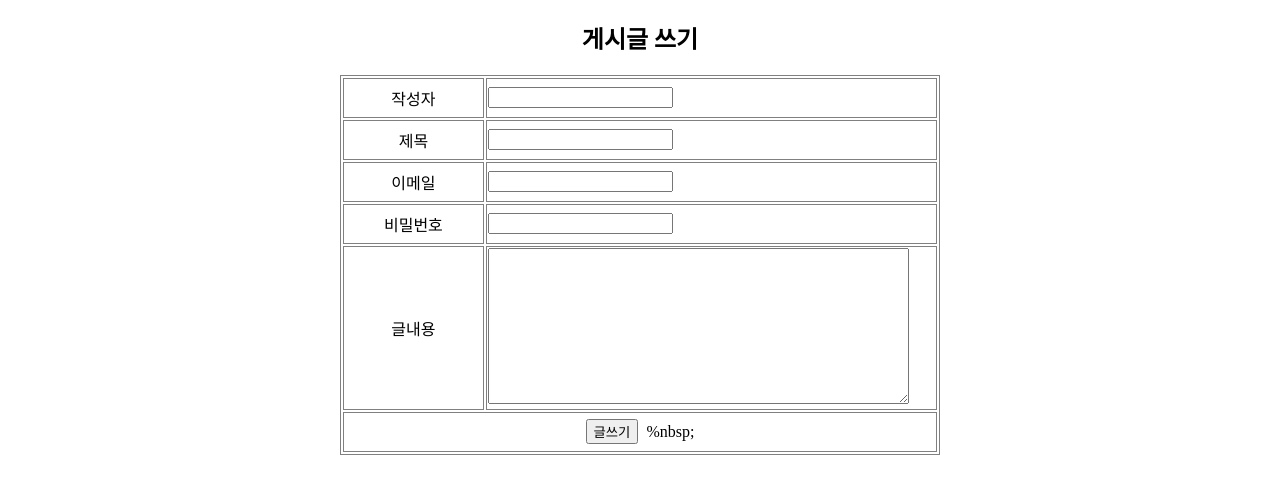
Repository: kdw1437/CreateBoardProject
Page: http://localhost/Board/BoardWriteForm.jsp
These files come from the project's save history. The page is drawn as it stood at one moment and after the next save; the edit follows.
The browser window is 1280 px wide. The pictures show the whole page.
The page is served by Tomcat 9. Other server files are loaded and not shown.

Above is the page before, as saved 2024-08-07 05:44:14.

### Board/src/main/webapp/BoardWriteForm.jsp
<%@ page language="java" contentType="text/html; charset=EUC-KR"
    pageEncoding="EUC-KR"%>
<!DOCTYPE html>
<html>
<body>

<center>
<h2> 게시글 쓰기 </h2>

<form action="BoardWriteProc.jsp" method="post">
<table width="600" border="1" bordercolor="gray">
	<tr height="40">
		<td align="center" width="150"> 작성자 </td>
		<td width="450"> <input type="text" name="writer"></td>
	</tr>
	<tr height="40">
		<td align="center" width="150"> 제목 </td>
		<td width="450"> <input type="text" name="subject"></td>
	</tr>
	<tr height="40">
		<td align="center" width="150"> 이메일 </td>
		<td width="450"> <input type="email" name="email"></td>
	</tr>
	<tr height="40">
		<td align="center" width="150"> 비밀번호 </td>
		<td width="450"> <input type="password" name="password"></td>
	</tr>
	<tr height="40">
		<td align="center" width="150"> 글내용 </td>
		<td width="450"> <textarea rows="10" cols="50" name="content"></textarea></td>
	</tr>
	<tr height="40">
		<td align="center" colspan="2">
			<input type="submit" value="글쓰기"> &nbsp;%nbsp;
		</td>
	</tr>
</table>
</form>
</center>

</body>
</html>

After the next save:
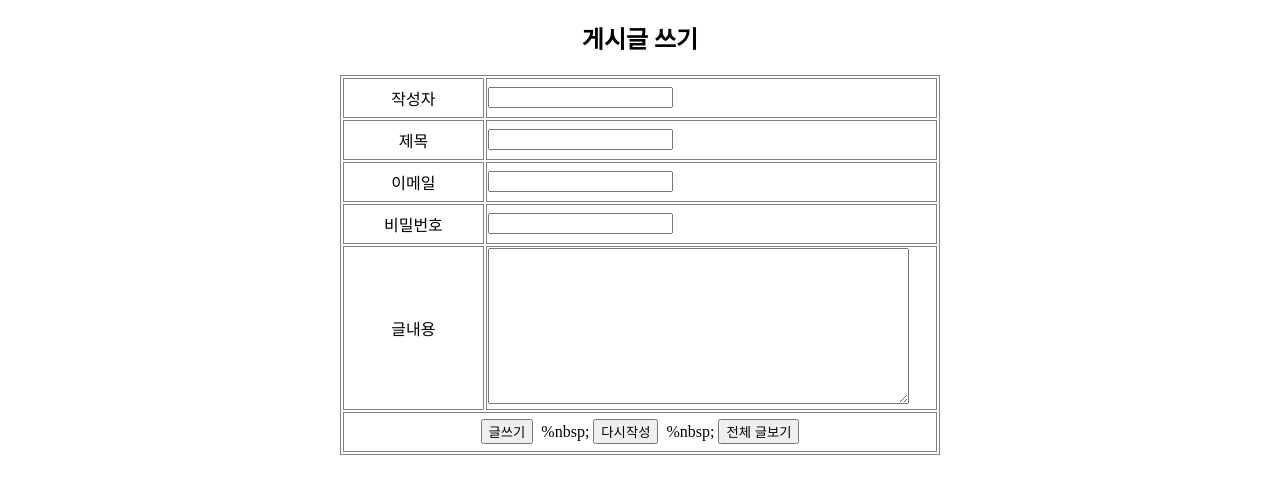
Saved 9 min 50 s later.
--- a/Board/src/main/webapp/BoardWriteForm.jsp
+++ b/Board/src/main/webapp/BoardWriteForm.jsp
@@ -32,6 +32,8 @@
 	<tr height="40">
 		<td align="center" colspan="2">
 			<input type="submit" value="글쓰기"> &nbsp;%nbsp;
+			<input type="reset" value="다시작성"> &nbsp;%nbsp;
+			<button onclick="location.href='BoardList.jsp'">전체 글보기</button>
 		</td>
 	</tr>
 </table>
